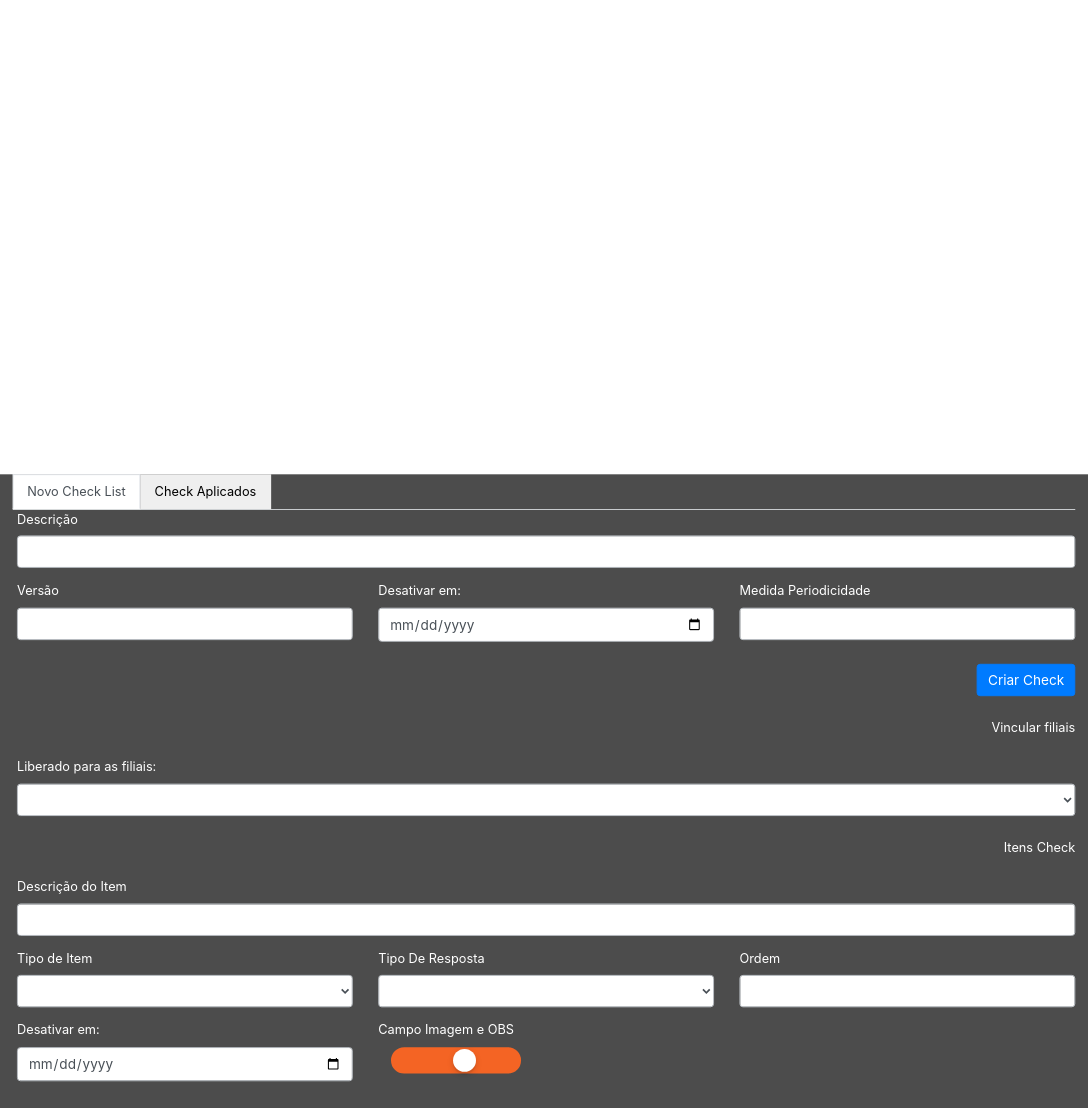
Repository: Conlog-SA/portal_operacional
Page: apps/safety_layout_checklist_app/templates/safety_layout_checklist_app/form_cad_layout_checklist.html
The author's editor kept a copy of each file at every save. The page is drawn from the files as they stood at one save, then again after the next save.
The browser window is 1280 px wide. The pictures show the whole page, at 85% of full size.
The template is drawn by Django 3.2. The application's start-up code is not run. The template is opened directly, without the code that normally fills it, so the values that code supplies are empty.

Above is the page before, as saved 2023-11-16 15:43:23.

After the next save:
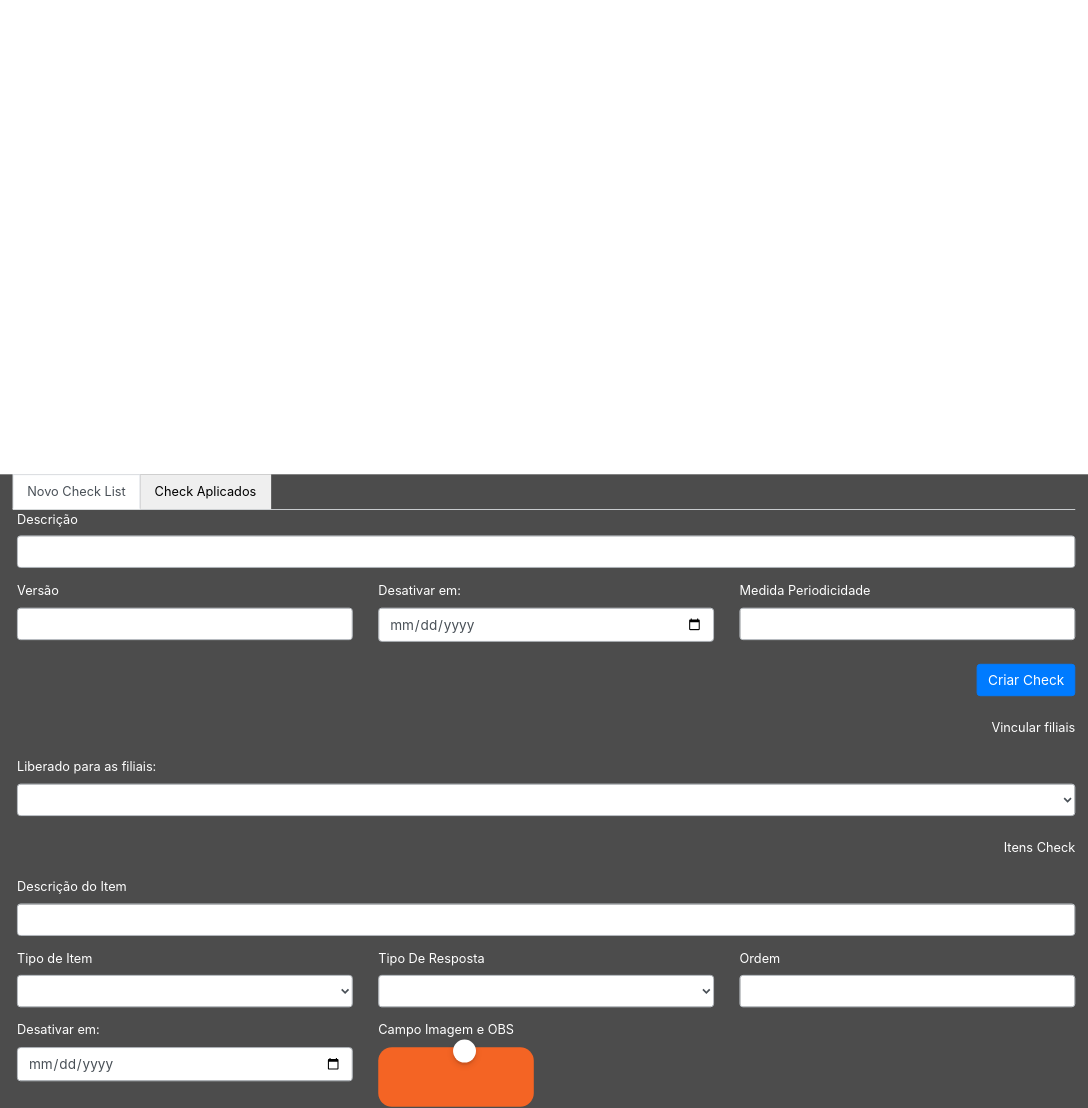
Saved 2 min 25 s later.
--- a/apps/safety_layout_checklist_app/templates/safety_layout_checklist_app/form_cad_layout_checklist.html
+++ b/apps/safety_layout_checklist_app/templates/safety_layout_checklist_app/form_cad_layout_checklist.html
@@ -104,7 +104,7 @@
                                   <div class="label">
                                     <label for="obs_imagem_check_box"> Campo Imagem e OBS</label>
                                   </div>
-                                  <div class="container">
+                                  <div class="container-check-box">
                                       <input type="checkbox" checked="checked" class="checkbox" name="obs_imagem_check_box" id="obs_imagem_check_box" style="width:10px; height:10px;">
                                       <label class="switch" for="obs_imagem_check_box">
                                       <span class="slider"></span>
